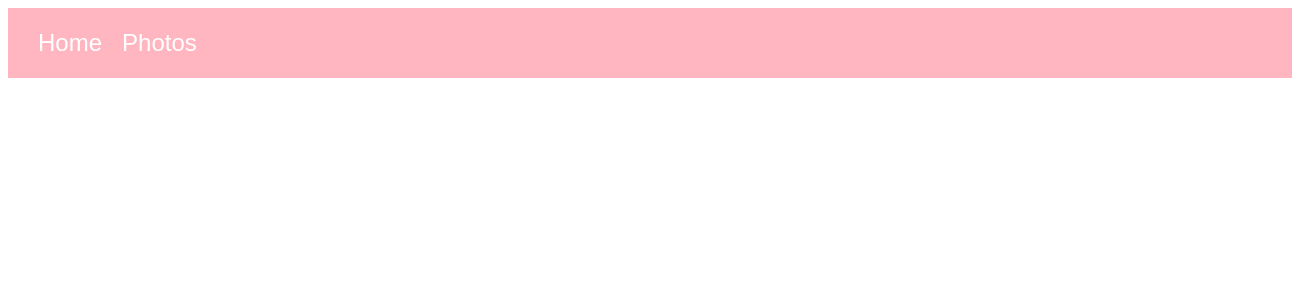
Repository: josephinel6/simple-editing
Page: navigation.html
An editor plug-in stored every save of this project. The page is shown before and after the next save, followed by the edit.
The browser window is 1280 px wide. The page is 1292 px wide, then 1280 px, so the pictures cover 1292 px, including what lies to the right of the window. The pictures show the whole page.

Above is the page before, as saved 2023-05-23 09:57:49.

### navigation.html
<html>

<head>
    <style>
        .menutab {
            margin-left: 10px;
            margin-right: 10px;
            font-family: sans-serif;
            color: white;
            text-decoration: none;
            font-weight: 500;
            font-size: 1.5em;
        }

        .menutab:hover {
            cursor: pointer;
        }
    </style>
</head>

<body>
    <div
        style="height: 10%; width: 100%; background-color: lightpink; align-items: center; display: flex; padding-left: 20px">
        <a class="menutab" href="index.html"> Home </a>
        <a class="menutab" href="photos.html"> Photos </a>
    </div>
</body>

</html>

After the next save:
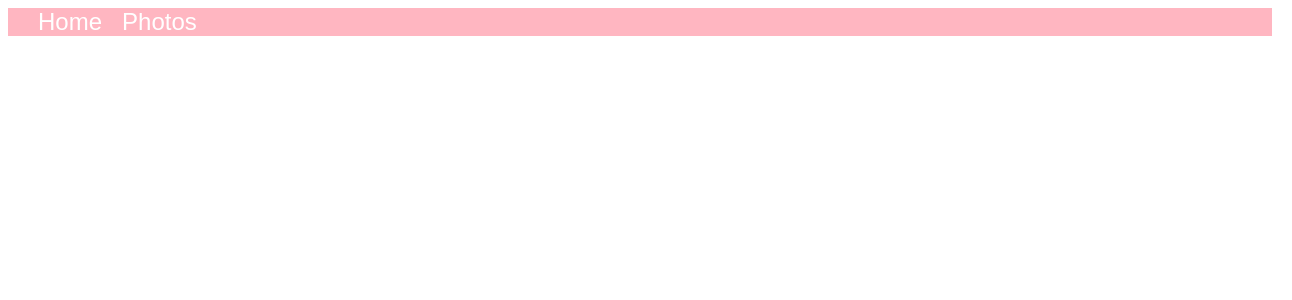
Saved 10 s later.
--- a/navigation.html
+++ b/navigation.html
@@ -20,7 +20,7 @@
 
 <body>
     <div
-        style="height: 10%; width: 100%; background-color: lightpink; align-items: center; display: flex; padding-left: 20px">
+        style="height: %;7 width: 100%; background-color: lightpink; align-items: center; display: flex; padding-left: 20px">
         <a class="menutab" href="index.html"> Home </a>
         <a class="menutab" href="photos.html"> Photos </a>
     </div>
